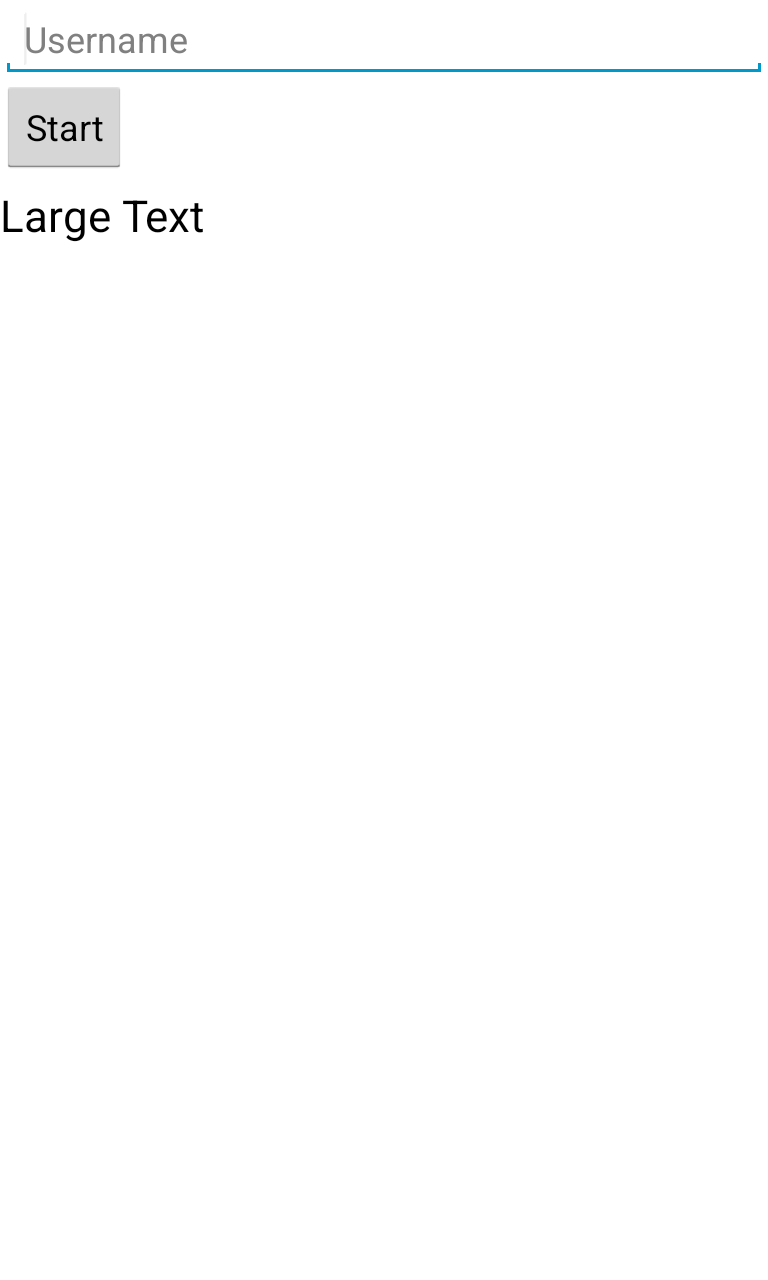
Repository: NickGeek/WiN
Layout: Android/WiN/res/layout/activity_main.xml
These files come from the project's save history. The layout is drawn as it stood at one moment and after the next save; the edit follows.
It is drawn on a 768 x 1280 px phone screen (xhdpi) without system bars, with theme AppTheme; the app's code is not run.

Above is the layout before, as saved 2013-11-02 23:18:36.

### Android/WiN/res/layout/activity_main.xml
<LinearLayout xmlns:android="http://schemas.android.com/apk/res/android"
    android:layout_width="fill_parent"
    android:layout_height="fill_parent"
    android:orientation="vertical" >

    <EditText
        android:id="@+id/editText1"
        android:layout_width="match_parent"
        android:layout_height="wrap_content"
        android:ems="10"
        android:hint="@string/username" >

        <requestFocus />
    </EditText>

    <Button
        android:id="@+id/button1"
        android:layout_width="wrap_content"
        android:layout_height="wrap_content"
        android:text="@string/start" />

    <Space
        android:layout_width="match_parent"
        android:layout_height="10px" />

    <TextView
        android:id="@+id/textView1"
        android:layout_width="wrap_content"
        android:layout_height="wrap_content"
        android:text="Large Text"
        android:textAppearance="?android:attr/textAppearanceLarge" />

</LinearLayout>

### Android/WiN/res/values/strings.xml
<?xml version="1.0" encoding="utf-8"?>
<resources>

    <string name="app_name">WiN</string>
    <string name="action_settings">Settings</string>
    <string name="hello_world">Hello world!</string>
    <string name="username">Username</string>
    <string name="start">Start</string>

</resources>

Loaded but not shown: Android/WiN/res/values/styles.xml (common file); Android/WiN/res/values-v11/styles.xml (common file); Android/WiN/res/values-v14/styles.xml (common file)

After the next save:
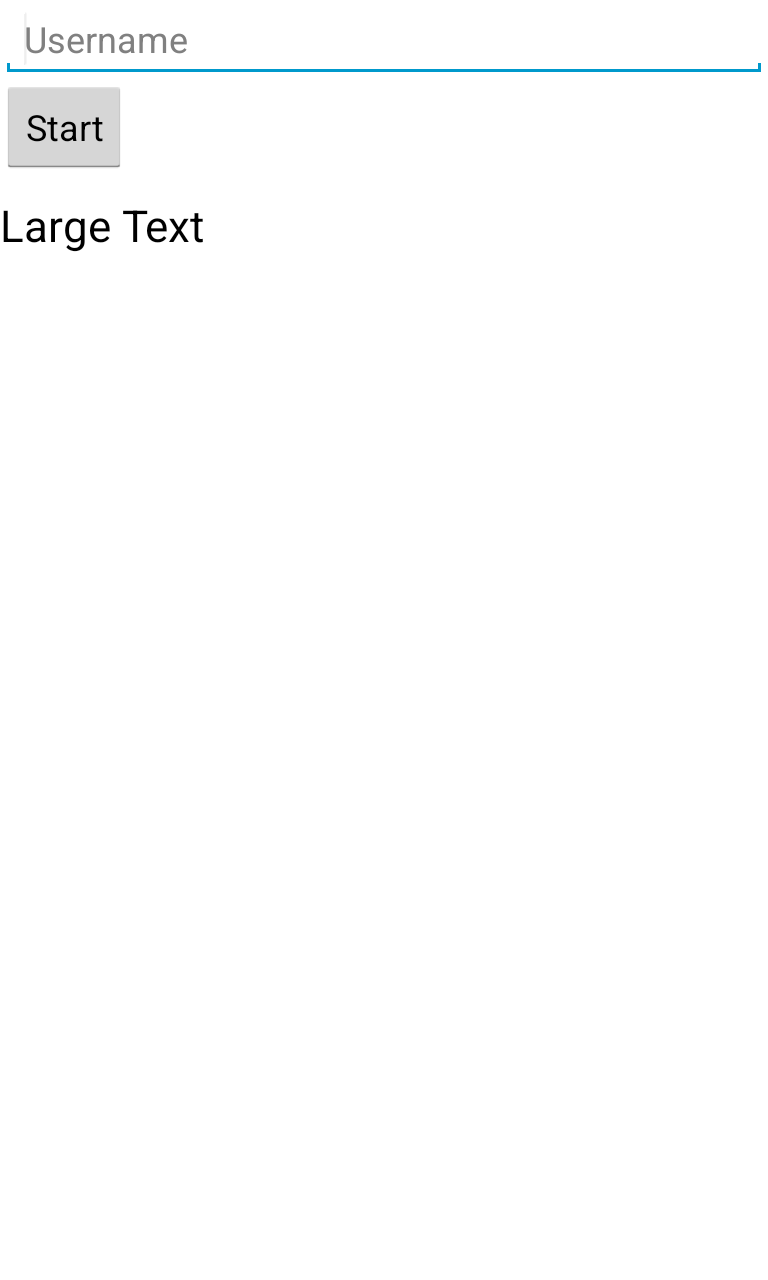
Saved 5 s later.
--- a/Android/WiN/res/layout/activity_main.xml
+++ b/Android/WiN/res/layout/activity_main.xml
@@ -21,7 +21,7 @@
 
     <Space
         android:layout_width="match_parent"
-        android:layout_height="10px" />
+        android:layout_height="10dp" />
 
     <TextView
         android:id="@+id/textView1"
